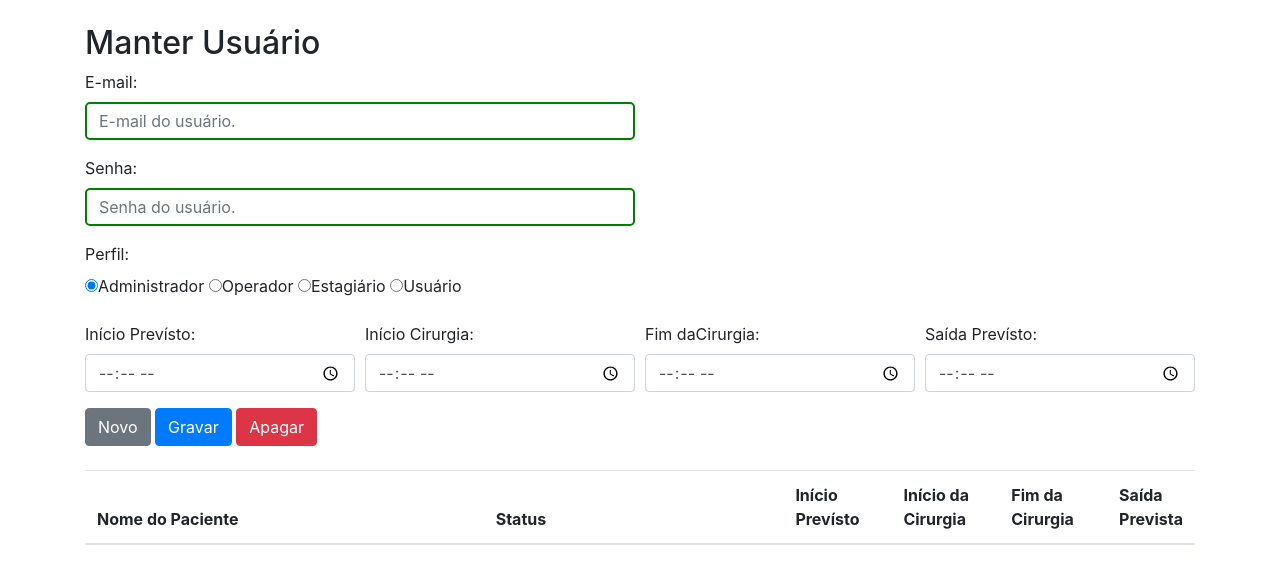
Repository: eduardo-r-jesus/Projeto_Centro_Cirurgico
Page: http://localhost/centro_cirurgico_web/formManterUsuario.jsp
These files come from the project's save history. The page is drawn as it stood at one moment and after the next save; the edit follows.
The browser window is 1280 px wide. The pictures show the whole page.
The page is served by Tomcat 9. Other server files are loaded and not shown.

Above is the page before, as saved 2021-09-07 00:34:00.

### centro_cirurgico_web/src/main/webapp/formManterUsuario.jsp
<%@ page language="java" contentType="text/html; charset=UTF-8"
	pageEncoding="UTF-8"%>
<!DOCTYPE html>
<html>
<head>
<meta charset="UTF-8">
<title>Gerenciar Painel Pacientes</title>
<meta name="viewport" content="width=device-width, initial-scale=1">
<link rel="stylesheet" href="css/bootstrap.min.css">
<link rel="stylesheet" href="css/estilo.css">
</head>
<body>
	<%@ include file="menu.jsp"%>
	<div class="container">
		<br>
		<h2>Manter Usuário</h2>
		<form name="form-usuario" id="form-usuario">
			<input type="hidden" id="id" name="id">
			<div class="form-row">
				<div class="form-group col-md-6">
					<label for="email">E-mail:</label> <input type="email"
						class="form-control" id="email" placeholder="E-mail do usuário."
						name="email">
				</div>
			</div>
			<div class="form-row">
				<div class="form-group col-md-6">
					<label for="senha">Senha:</label> <input type="password"
						class="form-control" id="senha" placeholder="Senha do usuário."
						name="senha">
				</div>
			</div>

			<div class="form-row">
				<div class="form-group col-md-6">
					<label for="Perfil">Perfil:</label>
                <div class="bloco-inline">
                    <input type="radio" id="administrador" name="perfil" value="administrador" checked="checked"><label for="adm">Administrador</label>
                    <input type="radio" id="operador" name="perfil" value="operador"><label for="ope">Operador</label>
                    <input type="radio" id="estagiario" name="perfil" value="estagiario"><label for="est">Estagiário</label>
                    <input type="radio" id="usuario" name="perfil" value="usuario"><label for="usuario">Usuário</label>
                </div>
				</div>
			</div>

			<div class="form-row">
				<div class="form-group  col-md-3">
					<label for="inicio-previsto">Início Prevísto:</label> <input
						type="time" class="form-control" id="inicio-previsto"
						name="inicio-previsto" size="20">
				</div>
				<div class="form-group  col-md-3">
					<label for="inicio-previsto">Início Cirurgia:</label> <input
						type="time" class="form-control" id="inicio-cirurgia"
						name="inicio-previsto" size="20">
				</div>
				<div class="form-group  col-md-3">
					<label for="inicio-previsto">Fim daCirurgia:</label> <input
						type="time" class="form-control" id="fim-cirurgia"
						name="inicio-previsto" size="20">
				</div>
				<div class="form-group  col-md-3">
					<label for="inicio-previsto">Saída Prevísto:</label> <input
						type="time" class="form-control" id="saida-previsto"
						name="inicio-previsto" size="20">
				</div>
			</div>
			<button type="button" class="btn btn-secondary" onclick="limpaForm()">Novo</button>
			<button type="button" class="btn btn-primary" onclick="gravar(this)">Gravar</button>
			<button type="button" class="btn btn-danger" onclick="apagar()">Apagar</button>
		</form>

		<br>
		<table class="table table-hover">
			<thead>
				<tr>
					<th width="40%">Nome do Paciente</th>
					<th width="30%">Status</th>
					<th width="10%">Início Prevísto</th>
					<th width="10%">Início da Cirurgia</th>
					<th width="10%">Fim da Cirurgia</th>
					<th width="10%">Saída Prevista</th>
				</tr>
			</thead>
			<tbody id="corpo-tabela" style="cursor: pointer;">

			</tbody>
		</table>

		<script type="text/javascript">
			var tabela = localStorage.getItem('corpo-tabela');
			document.getElementById("corpo-tabela").innerHTML = tabela;
		</script>

	</div>

</body>
</html>

### centro_cirurgico_web/src/main/webapp/menu.jsp
<%@page import="org.cc.model.Usuario"%>
<%@ page language="java" contentType="text/html; charset=UTF-8"
    pageEncoding="UTF-8"%>
<style>
#dadosUsuario{
	color: yellow;
	padding: 16px;
	display: block;
	text-align: center;
	text-decoration: none;
	float: right;
}
#dadosUsuario a{
	color: black;
	background-color:#fff;
	text-decoration: none;
	float: right;
	padding:2px;
	cursor: pointer;
    border-radius: 3px;
    font-size: 9px;
}
#dadosUsuario a:hover{
	background-color: black;
	color: yellow;

}

</style>

	<ul>

	   <%
        Usuario usuario = (Usuario) request.getSession().getAttribute("usuario");
    	boolean verLista = false;
    	if(usuario != null){
    		verLista = true;
    	%>
    	<span id="dadosUsuario"> <a href="loginservlet?acao=sair"><b>Logout</b></a></span>
    	<span id="dadosUsuario">Bem Vindo: <%=usuario.getEmail()%></span>
        <li><a href="index.jsp"><b>Home</b></a></li>
        <li><a href="#"><b>Manter Pessoa</b></a>

        <% if(usuario.getPerfil().equals("administrador")){ %>
        <li><a href="formManterUsuario.jsp"><b>Manter Usuário</b></a></li>
        <%}else{%>
        <li><a href="formManterUsuario.jsp"><b>Alterar Senha</b></a></li>
        <%}%>


      <%
    	}else{
    	%>
   		<li></li>
    	<%
    	}
    	%>
    </ul>

### centro_cirurgico_web/src/main/webapp/css/estilo.css

fieldset{
    width: 25%;
    height: 100%;
    margin: auto;
    border: 2px solid green;
    border-radius: 5px;
    margin-top: 40px;
}

legend{
   font-family: Helvetica, sans-serif;
   font-size: 16px;
   font-weight: bold;
}

.texto{
   margin-top: 20px;
   margin-bottom:10px;
   text-align: center;
   font-family: Helvetica, sans-serif;
   font-size: 16px;
   font-weight: bold;
}

input[type=email], input[type=password]{
    border: 2px solid green;
    border-radius: 5px;
}

input[type=email]:focus, input[type=password]:focus{
    background-color: #ffef01;
    border: 2px solid green;
}

.larguraTexto{
	height: 30px;
    display: block;
    width: 80%;
    margin: auto;
    margin-bottom: 10px;
}

.centro_img{
	width: 15em;
	text-align: center;
	border: solid 1px;
	color:yellow;
	margin: auto;
	margin-top: 30px;
}

.centro{
	text-align: center;
	margin-top: 30px;
}

.bt{
    border: 2px solid green;
    border-radius: 5px;
    background-color: green;
    color: #FFF;
    padding: 5px 10px;
    font-weight: bold;
    text-decoration: none;
    margin-top: 4px;
    margin-left: 5px;
}

.bt:hover{
    background-color: #FFF;
    color: green;
    cursor: pointer;
}

 ul{
    background-color: green;
    list-style-type: none;
    margin: 0;
    padding: 0;
    overflow: hidden;
}

li{
    float: left;
}

li a {
	display: inline-block;
    color:#FFF;
    padding: 16px;
    display: block;
    text-align: center;
    text-decoration: none;
}

li a:hover{
    background-color: yellow;
    color:green;
    text-decoration: none;
}

Loaded but not shown: centro_cirurgico_web/src/main/webapp/css/bootstrap.min.css (library)

After the next save:
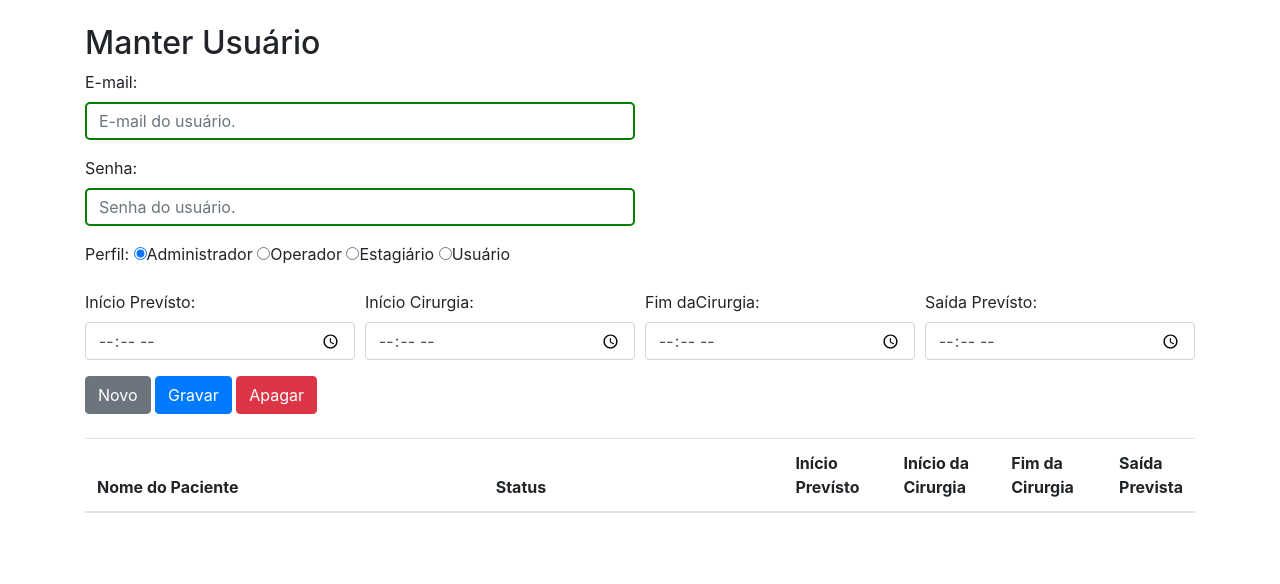
Saved 38 s later.
--- a/centro_cirurgico_web/src/main/webapp/formManterUsuario.jsp
+++ b/centro_cirurgico_web/src/main/webapp/formManterUsuario.jsp
@@ -34,12 +34,12 @@
 			<div class="form-row">
 				<div class="form-group col-md-6">
 					<label for="Perfil">Perfil:</label>
-                <div class="bloco-inline">
+
                     <input type="radio" id="administrador" name="perfil" value="administrador" checked="checked"><label for="adm">Administrador</label>
                     <input type="radio" id="operador" name="perfil" value="operador"><label for="ope">Operador</label>
                     <input type="radio" id="estagiario" name="perfil" value="estagiario"><label for="est">Estagiário</label>
                     <input type="radio" id="usuario" name="perfil" value="usuario"><label for="usuario">Usuário</label>
-                </div>
+
 				</div>
 			</div>
 

After the save that followed:
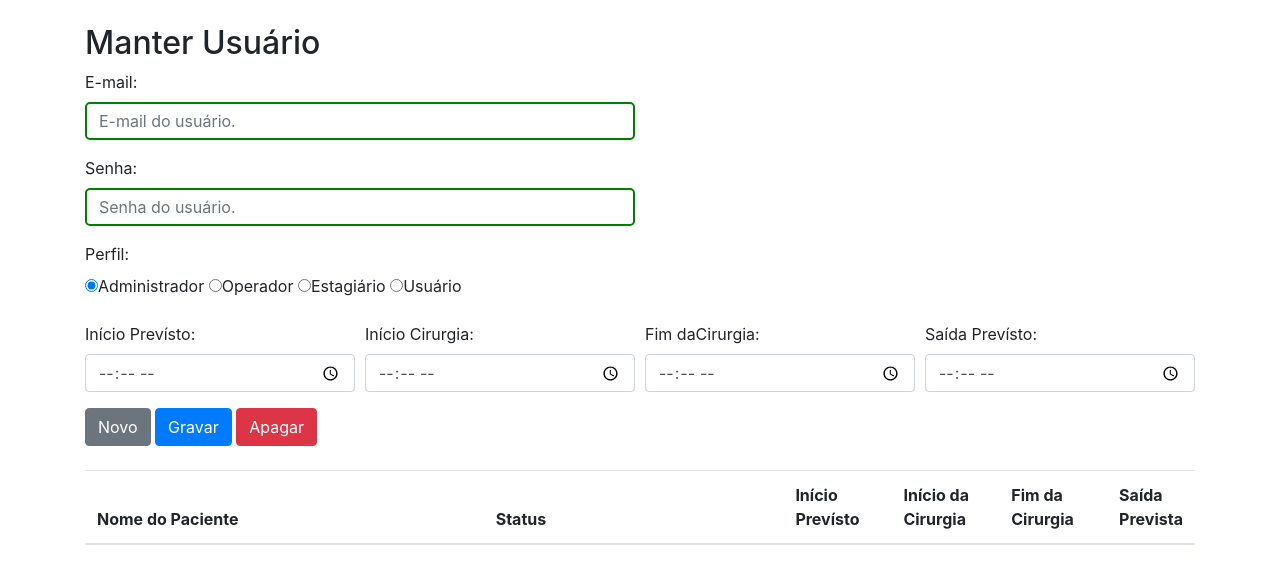
Saved 16 s later.
--- a/centro_cirurgico_web/src/main/webapp/formManterUsuario.jsp
+++ b/centro_cirurgico_web/src/main/webapp/formManterUsuario.jsp
@@ -34,12 +34,12 @@
 			<div class="form-row">
 				<div class="form-group col-md-6">
 					<label for="Perfil">Perfil:</label>
-
+                <div>
                     <input type="radio" id="administrador" name="perfil" value="administrador" checked="checked"><label for="adm">Administrador</label>
                     <input type="radio" id="operador" name="perfil" value="operador"><label for="ope">Operador</label>
                     <input type="radio" id="estagiario" name="perfil" value="estagiario"><label for="est">Estagiário</label>
                     <input type="radio" id="usuario" name="perfil" value="usuario"><label for="usuario">Usuário</label>
-
+                </div>
 				</div>
 			</div>
 
